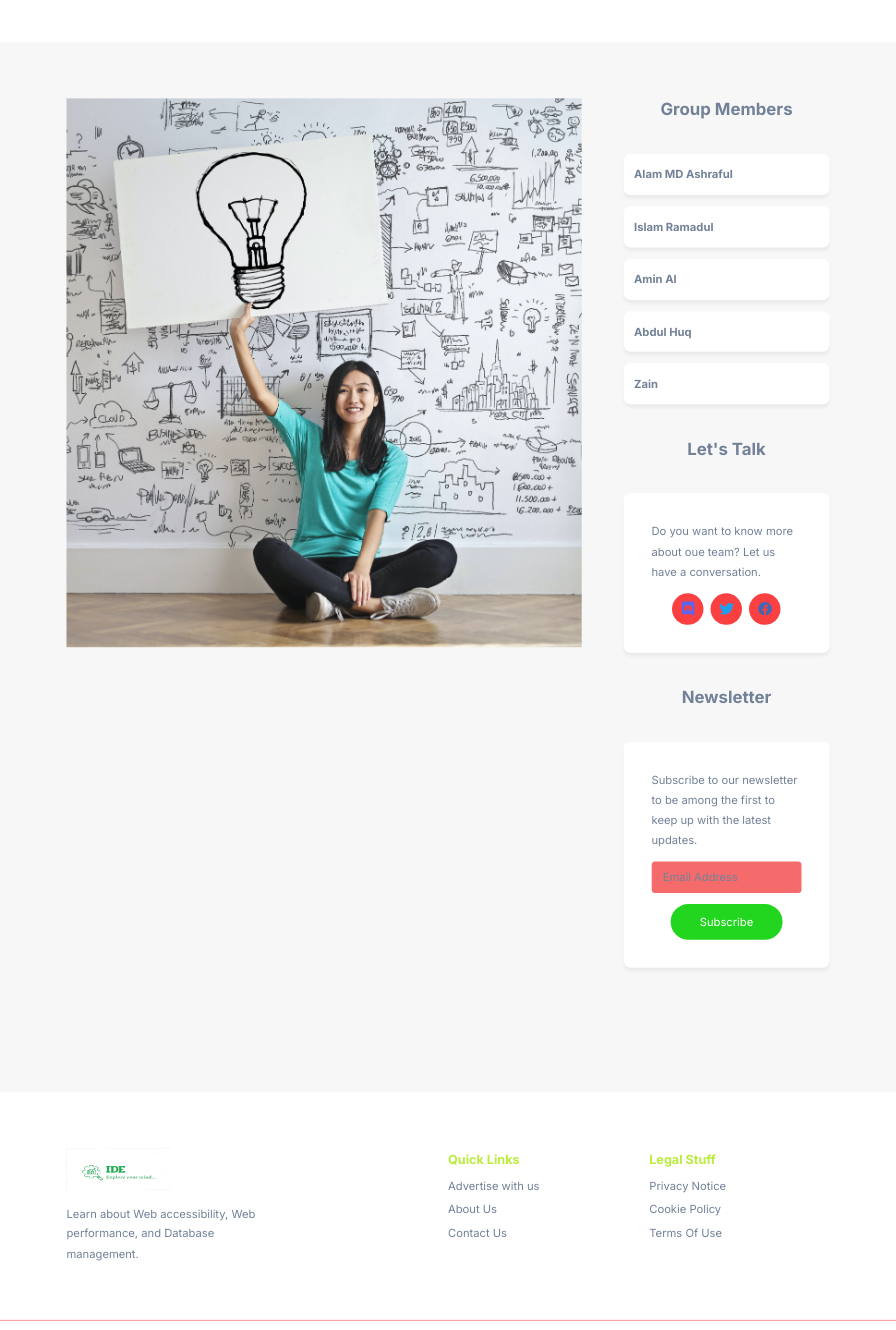
Repository: ramizraaz/zjuTeam
Page: main.html
These files come from the project's save history. The page is drawn as it stood at one moment and after the next save; the edit follows.
The browser window is 1280 px wide. The pictures show the part of the page from y = 492 to 2392 px (the page is 2809 px tall before and 2524 px after), at 70% of full size.
A picture or video elsewhere on the page could not be fetched, so the positions and the page height are approximate.

Above is the page before, as saved 2023-10-22 21:34:27.

After the next save:
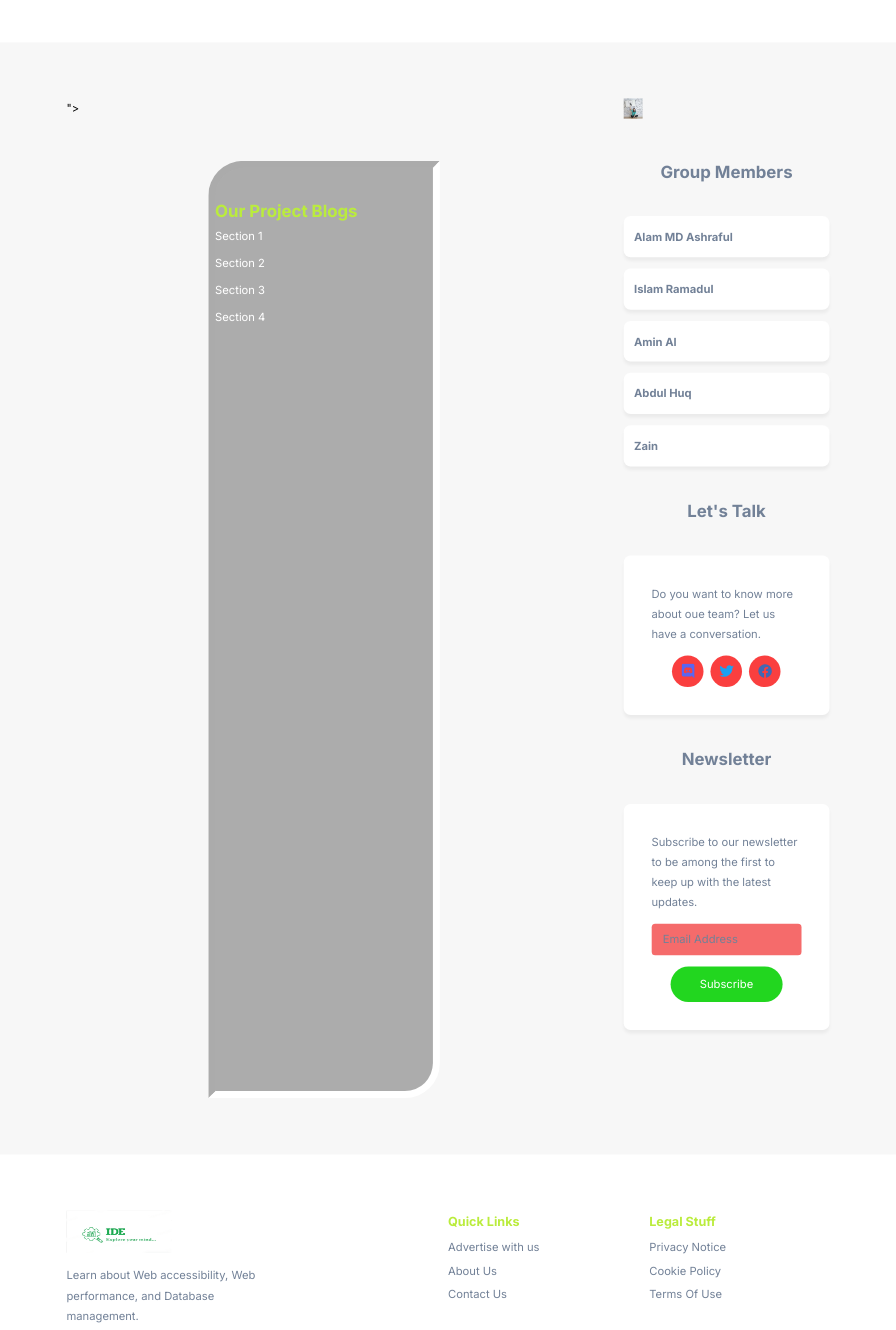
Saved 77 s later.
--- a/main.html
+++ b/main.html
@@ -155,21 +155,20 @@
 
             <div class="container">
 
-                <!-- BLOG SECTION -->
-                <div class="blog">
-                    <div class="blog-banner-img"></div>
-                    <div class="blog-banner-text">
-                        <h2 class="h2">Our Project Blogs</h2>
-                        <aside class="navigationLeft">
-                            <ul>
-                                <li><a href="#section1">Section 1</a></li>
-                                <li><a href="#section2">Section 2</a></li>
-                                <li><a href="#section3">Section 3</a></li>
-                                <li><a href="#section4">Section 4</a></li>
-                            </ul>
-                        </aside>
-                    </div>
-                </div>
+                <!-- BLOG SECTION -->">
+                <div class="blog-banner-img"></div>
+                <div class="blog-banner-text">
+                    <h2 class="h2">Our Project Blogs</h2>
+                    <aside class="navigationLeft">
+                        <ul>
+                            <li><a href="#section1">Section 1</a></li>
+                            <li><a href="#section2">Section 2</a></li>
+                            <li><a href="#section3">Section 3</a></li>
+                            <li><a href="#section4">Section 4</a></li>
+                        </ul>
+                    </aside>
+                </div>
+
 
                 <!--- ASIDE -->
                 <div class="aside">
